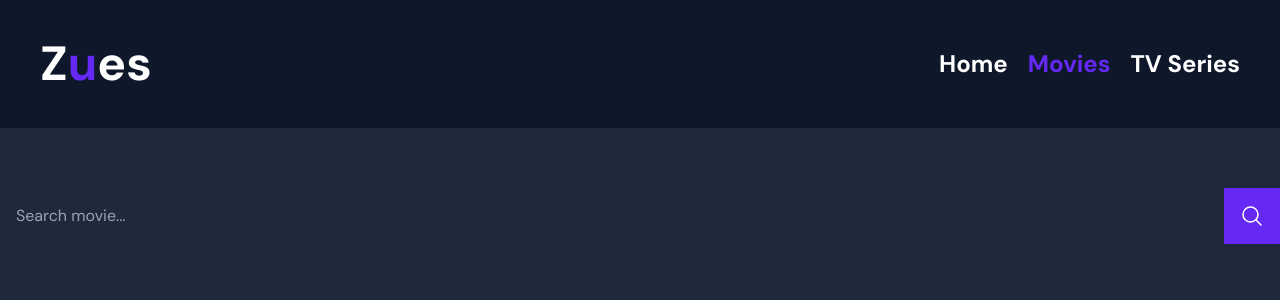
Repository: ThaiBinh1608/Web_List_Movie
Page: /movies
An editor plug-in stored every save of this project. The page is shown before and after the next save, followed by the edit.
The browser window is 1280 px wide. The pictures show the whole page.
The page's requests for data from a server got no answer. The project was rebuilt for these pictures with package versions that can differ from the ones it lists, and the page was loaded fresh each time. No one was signed in, and anything a server would have sent is missing. Also part of the build but not shown: src/components/movie/MovieCard.js, src/components/movie/MovieList.js, src/components/TVseries/TVseriesCard.js, src/components/TVseries/TvseriesList.js, src/pages/HomePage.js, src/pages/TVseriesPage.js, src/components/banner/Banner.js, src/pages/MoviesDetailsPage.js and 1 more.

Above is the page before, as saved 2023-02-24 20:26:08.

### src/index.scss
@tailwind base;
@tailwind components;
@tailwind utilities;

@layer base {
  body {
    @apply bg-slate-800 font-body ;
  }
}

@layer components {
  .page-container {
    max-width: 1280px;
    @apply mx-auto;
  }

  .movie-list .swiper-slide {
    width: 300px;
    height: auto;
  }
  .tv-list .swiper-slide {
    width: 300px;
    height: auto;
  }
  .banner .swiper{
    height: 100%;
  }
}

### src/App.js
import { Fragment } from "react";
import "swiper/scss";
import { Routes,Route } from "react-router-dom";
import Main from "./components/layout/Main";
import HomePage from "./pages/HomePage";
import MoviesPage from "./pages/MoviesPage";
import TVseriesPage from "./pages/TVseriesPage";
import Banner from "./components/banner/Banner";
import MoviesDetailsPage from "./pages/MoviesDetailsPage";
import TVSeriesDetailsPage from "./pages/TVseriesDetailsPage";
function App() {
  return (
    <Fragment>
      <Routes>
          <Route  element= {<Main></Main>}>

            <Route path="/" element={
              <>
                <Banner></Banner>
                <HomePage></HomePage>
              </>}>
            </Route>
            <Route path="/movies" element={<MoviesPage></MoviesPage>}></Route>
            <Route path="/movie/:movieId" element={<MoviesDetailsPage></MoviesDetailsPage>}></Route>
            <Route path="/TVseries" element={<TVseriesPage></TVseriesPage>}></Route>
            <Route path="/TVserie/:TVserieId" element={<TVSeriesDetailsPage></TVSeriesDetailsPage>}></Route>

          </Route>
      </Routes>
    </Fragment>
  );
}

export default App;

### src/components/layout/Main.js
import React, {Fragment} from 'react';
import Header from './Header';
import { Outlet } from 'react-router-dom';
const Main = () => {
    return (
        <Fragment>
            <Header></Header>
            <Outlet></Outlet>
        </Fragment>
    );
};

export default Main;

### src/pages/MoviesPage.js
import React from 'react';
import useSWR from "swr";
import {fetcher} from "../config"
import MovieCard from '../components/movie/MovieCard';


const MoviesPage = () => {

    const { data } = useSWR(`https://api.themoviedb.org/3/movie/popular?api_key=ccd2fb4b6c71b6649a8e1b8c8338a19e`, fetcher);


    const movies = data?.results || [];

    return (
        <div className='py-10 page-container'>
        <div className="flex mb-10">
            <div className="flex-1">
                <input type="text" className= "w-full p-4 bg-slate-800 text-white outline-none" placeholder="Search movie..."/>
            </div>
            <button className='p-4 bg-primary text-white'>
            <svg xmlns="http://www.w3.org/2000/svg" fill="none" viewBox="0 0 24 24" strokeWidth="1.5" stroke="currentColor" className="w-6 h-6">
            <path strokeLinecap="round" strokeLinejoin="round" d="M21 21l-5.197-5.197m0 0A7.5 7.5 0 105.196 5.196a7.5 7.5 0 0010.607 10.607z" />
            </svg>

            </button>
        </div>
          <div className="grid grid-cols-4 gap-10">
            {movies.length > 0 && movies.map(item =>(
                <MovieCard item={item}></MovieCard>
            ))}
            </div>
        </div>
    );
};

export default MoviesPage;

### src/components/layout/Header.js
import React from 'react';
import { NavLink } from 'react-router-dom';
const Header = () => {
    return (
        <>

        <header className="header flex w-full p-10 text-xl font-semibold bg-slate-900 items-center justify-between gap-x-5 text-white py-10 mb-5 ">
        <div className='text-5xl font-bold text-left'>Z<span className='text-primary'>u</span>es</div>
       <div className='flex  text-2xl font-semibold items-center justify-center gap-x-5'>
        <NavLink to="/" className={({isActive}) => isActive ? "text-primary": ""}>
            Home
        </NavLink>

        <NavLink to="/movies" className={({isActive}) => isActive ? "text-primary": ""}>
            Movies
        </NavLink>

        <NavLink to="/TVseries" className={({isActive}) => isActive ? "text-primary": ""}>
            TV Series
        </NavLink>
        </div>
    </header>
    </>
    );
};

export default Header;

### src/config.js
export const fetcher = (...args) => fetch(...args).then((res) => res.json());
export const apiKey ="ccd2fb4b6c71b6649a8e1b8c8338a19e";

### tailwind.config.js
/** @type {import('tailwindcss').Config} */
module.exports = {
  content: ["./src/**/*.{js,jsx,ts,tsx}"],
  theme: {
    extend: {
      fontFamily: {
        body: ["DM Sans", "Sans-serif"],
      },

      colors: {
        primary: "#6529F3",
      },
    },
  },
  plugins: [],
};

Loaded but not shown: public/index.html (common file); src/index.js (common file); src/reportWebVitals.js (common file)

After the next save:
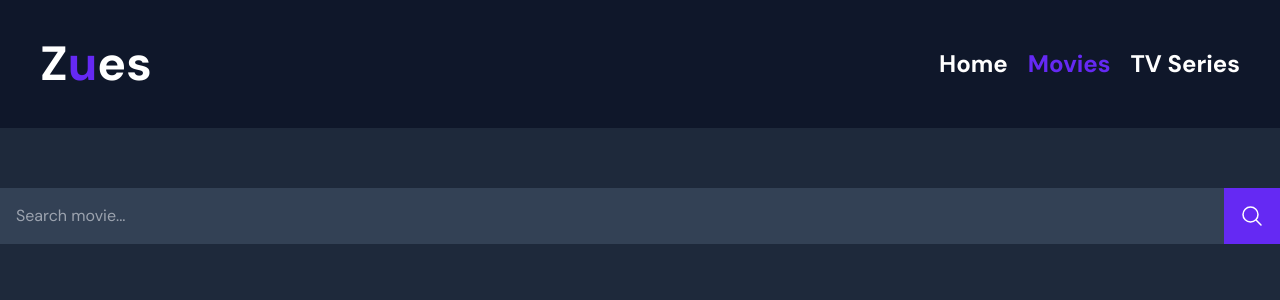
Saved 4 min 12 s later.
--- a/src/pages/MoviesPage.js
+++ b/src/pages/MoviesPage.js
@@ -15,7 +15,7 @@ const MoviesPage = () => {
         <div className='py-10 page-container'>
         <div className="flex mb-10">
             <div className="flex-1">
-                <input type="text" className= "w-full p-4 bg-slate-800 text-white outline-none" placeholder="Search movie..."/>
+                <input type="text" className= "w-full p-4 bg-slate-700 text-white outline-none" placeholder="Search movie..."/>
             </div>
             <button className='p-4 bg-primary text-white'>
             <svg xmlns="http://www.w3.org/2000/svg" fill="none" viewBox="0 0 24 24" strokeWidth="1.5" stroke="currentColor" className="w-6 h-6">
